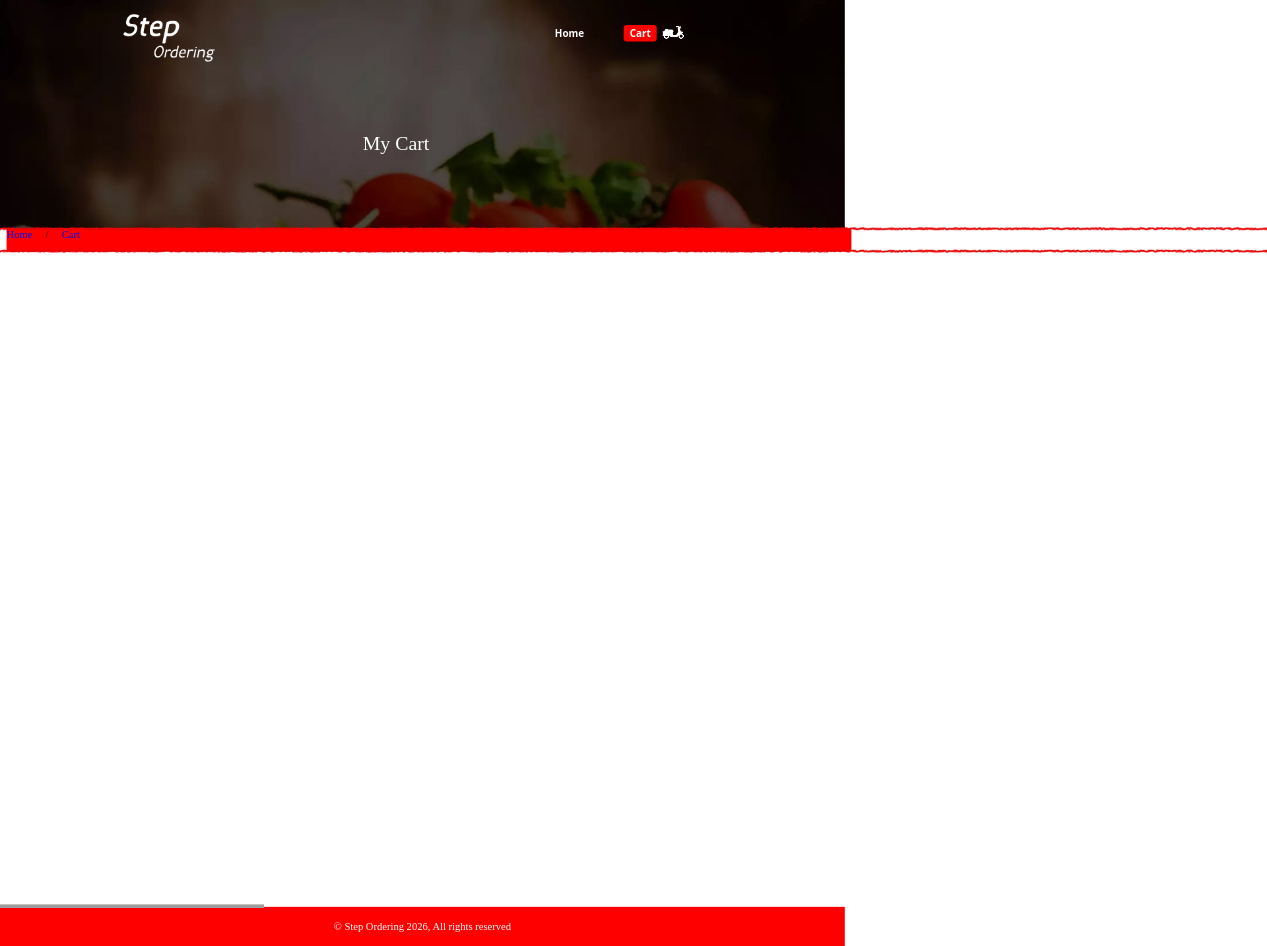
Repository: anastasia29-step/OnlineRestaurant
Page: Cart.html
An editor plug-in stored every save of this project. The page is shown before and after the next save, followed by the edit.
The browser window is 1280 px wide. The page is 1920 px wide, so the pictures cover 1920 px, including what lies to the right of the window. The pictures show the whole page, at 66% of full size.
Pictures or frames that could not be fetched are drawn as grey boxes.

Above is the page before, as saved 2026-03-11 20:35:46.

After the next save:
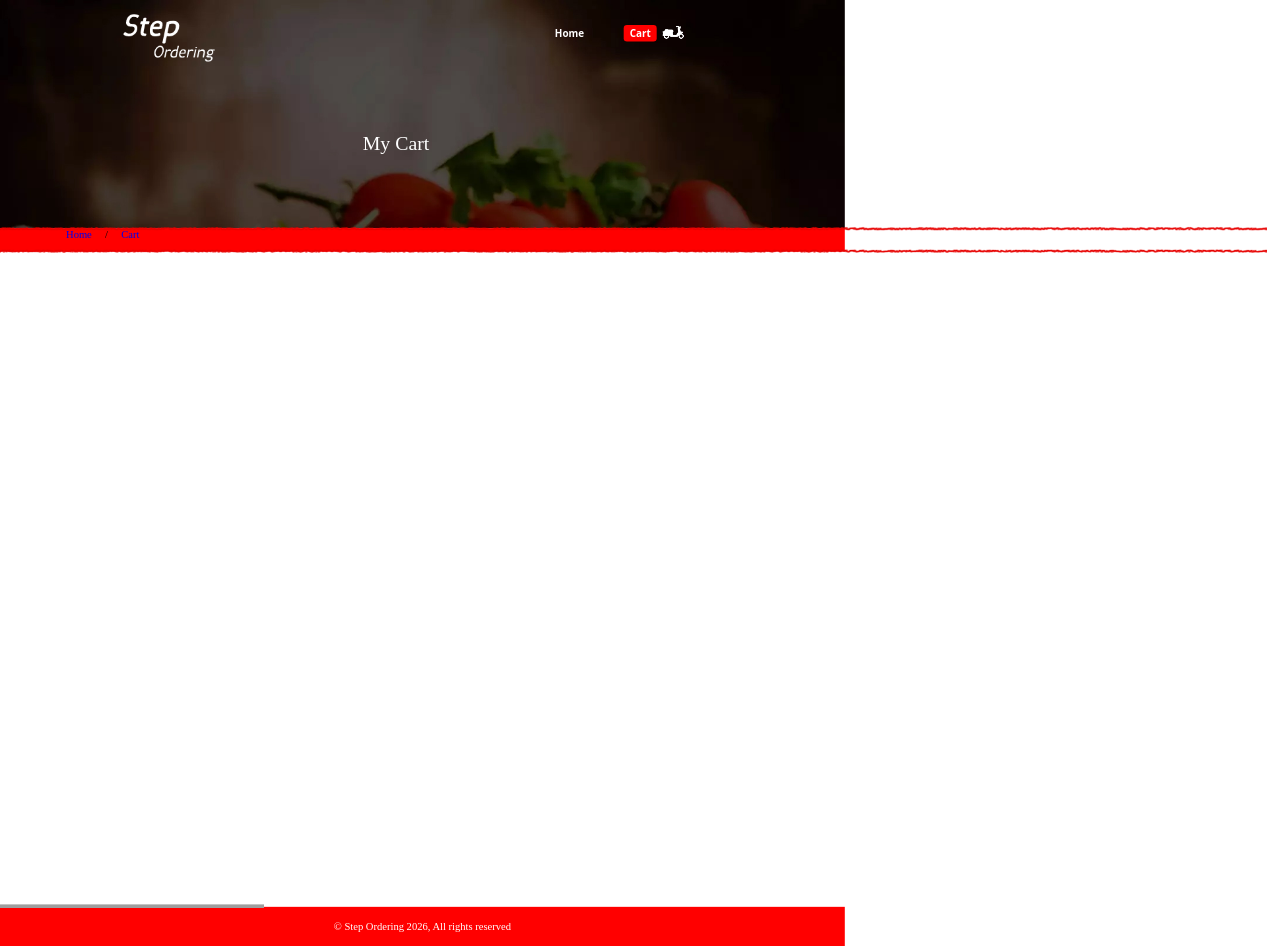
Saved 9 s later.
--- a/cart.css
+++ b/cart.css
@@ -11,7 +11,7 @@
     width: 100%;
     margin-top: -4px;
     gap: 20px;
-    margin-left: 10px;
+    padding-left: 100px;
 }
 
 section.SecondLine a {
